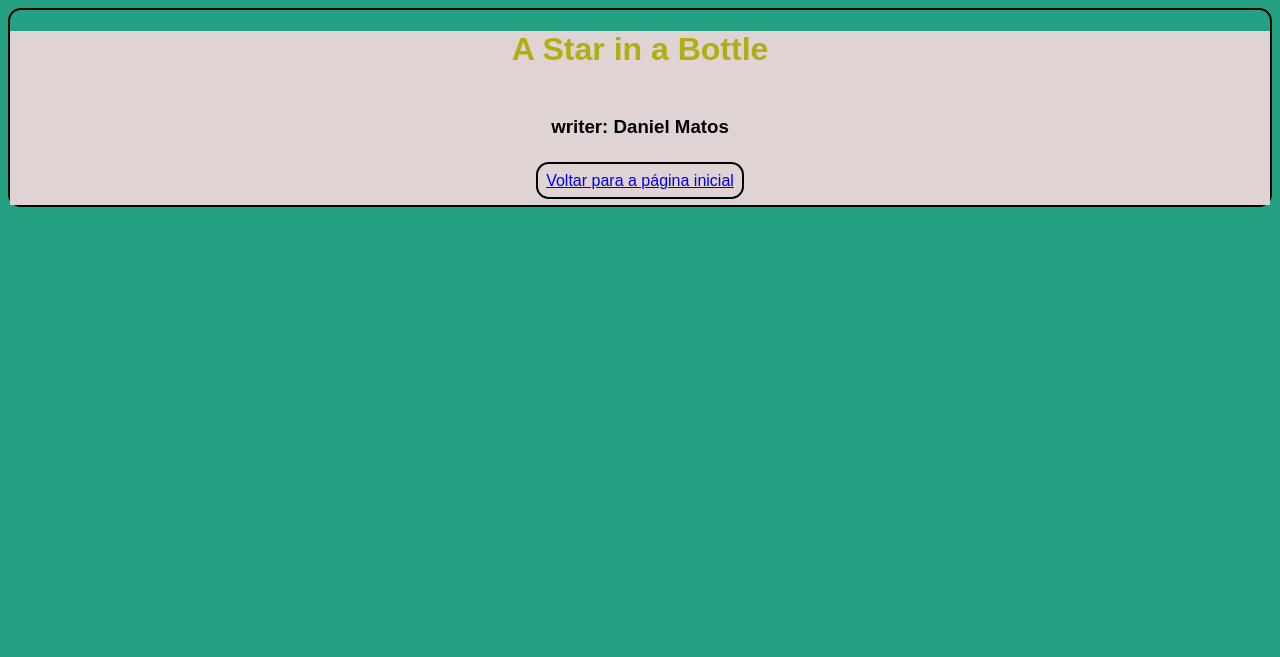
Repository: batmit/FutureFundation.github.io-1
Page: menu/articles/ciencias/energia/star_ina_bottle.html
The author's editor kept a copy of each file at every save. The page is drawn from the files as they stood at one save, then again after the next save.
The browser window is 1280 px wide. The pictures show the whole page.

Above is the page before, as saved 2021-09-11 13:43:45.

After the next save:
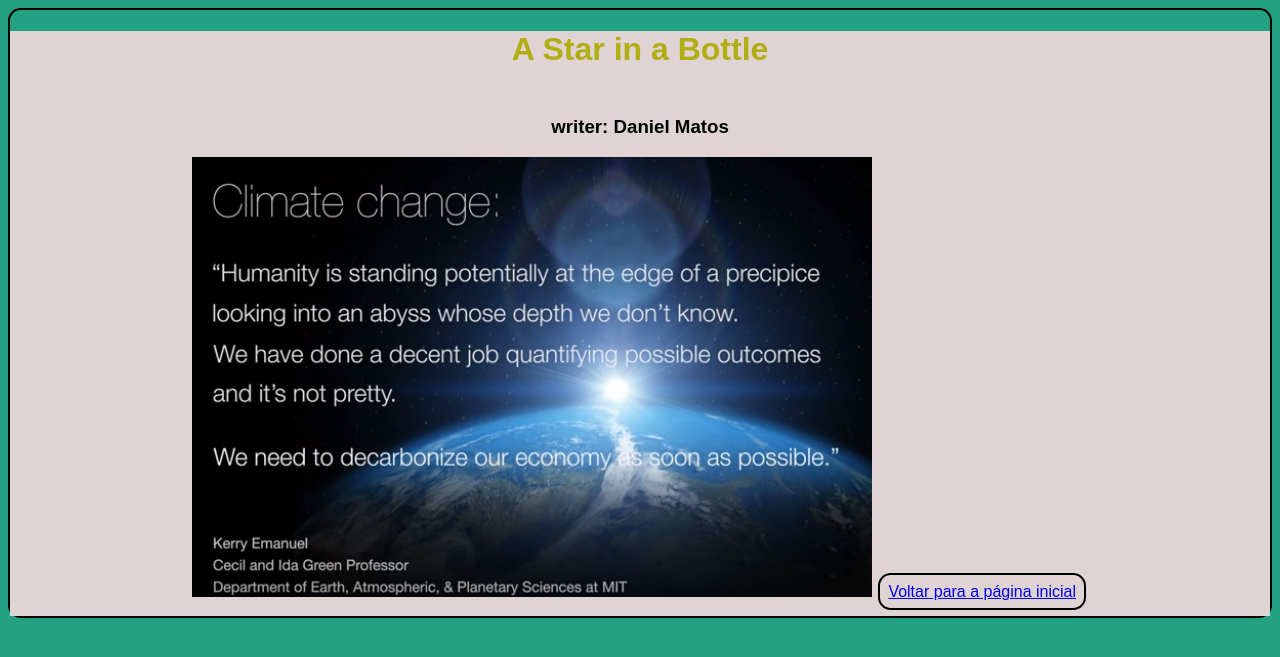
Saved 4 min 23 s later.
--- a/menu/articles/ciencias/energia/star_ina_bottle.html
+++ b/menu/articles/ciencias/energia/star_ina_bottle.html
@@ -18,6 +18,10 @@
             </h3>
         </header>
 
+        <img src="./climate_change.PNG" alt="climate_change_and our economy">
+
+
+
 
 
         <a href="/index.html">Voltar para a página inicial</a>
